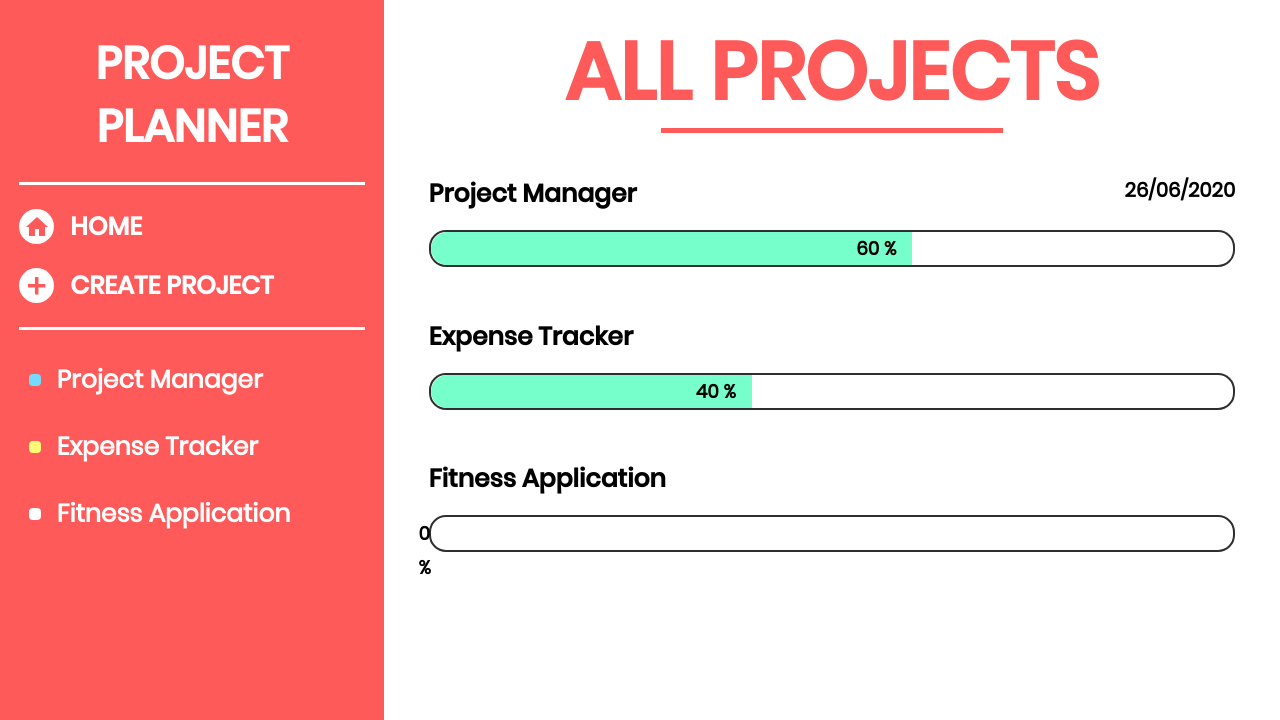
Repository: AzharMoosa/project-manager
Page: /
The author's editor kept a copy of each file at every save. The page is drawn from the files as they stood at one save, then again after the next save.
The browser window is 1280 px wide. The pictures show the whole page.
The project was rebuilt for these pictures with package versions that can differ from the ones it lists, and the page was loaded fresh each time.

Above is the page before, as saved 2020-06-22 11:13:44.

### public/index.html
<!DOCTYPE html>
<html lang="en">
  <head>
    <meta charset="utf-8" />
    <link rel="icon" href="%PUBLIC_URL%/favicon.ico" />
    <meta name="viewport" content="width=device-width, initial-scale=1" />
    <meta name="theme-color" content="#000000" />
    <meta
      name="description"
      content="Web site created using create-react-app"
    />
    <link rel="apple-touch-icon" href="%PUBLIC_URL%/logo192.png" />

    <link rel="manifest" href="%PUBLIC_URL%/manifest.json" />

    <title>Project Planner</title>
  </head>
  <body>
    <noscript>You need to enable JavaScript to run this app.</noscript>
    <div id="root"></div>
  </body>
</html>

### src/App.js
import React from "react";
import Sidebar from "./components/sidebar/Siebar";
import Home from "./components/home/Home";
import { ProjectProvider } from "./ProjectContext";

import "./App.css";

function App() {
  return (
    <ProjectProvider>
      <div className='container'>
        <Sidebar />
        <Home />
      </div>
    </ProjectProvider>
  );
}

export default App;

### src/components/sidebar/Siebar.js
import React from "react";
import Header from "./Header";
import ProjectList from "../project-list/ProjectList";

const Siebar = () => {
  return (
    <div className='sidebar'>
      <Header />
      <ProjectList />
    </div>
  );
};

export default Siebar;

### src/components/home/Home.js
import React, { useContext } from "react";
import ProgectProgress from "./ProgectProgress";
import { ProjectContext } from "../../ProjectContext";

const Home = () => {
  // eslint-disable-next-line
  const [projects, setProjects] = useContext(ProjectContext);

  return (
    <div className='home'>
      <h1 className='home-title'>ALL PROJECTS</h1>
      {projects.map((project) => (
        <ProgectProgress
          name={project.name}
          date={project.date}
          progress={project.progress}
          key={project.id}
        />
      ))}
    </div>
  );
};

export default Home;

### src/ProjectContext.js
import React, { useState, createContext } from "react";

export const ProjectContext = createContext();

export const ProjectProvider = (props) => {
  const [projects, setProjects] = useState([
    {
      name: "Project Manager",
      overview:
        "A project management application which allows you to plan personal projects and track its progress.  Create detail plans of projects before developing projects.",
      tools: ["HTML", "CSS", "JAVASCRIPT", "REACT"],
      progress: 60,
      tasks: [
        "Create Project Plans",
        "Todo List for Each Project",
        "Track Progress",
        "Priority List",
        "Choose Tools In Each Project",
        "Clean And Simple Design",
        "Use REACT",
      ],
      color: "blue",
      date: "26/06/2020",
      id: 28392,
    },

    {
      name: "Expense Tracker",
      overview:
        "A expense tracker application which allows you to budget and track your savings.  Track what expenses you have",
      tools: ["HTML", "CSS", "JAVASCRIPT", "REACT"],
      progress: 40,
      tasks: [
        "Expenses In And Out",
        "Current Balance",
        "Highest Money Out",
        "Clean And Simple Design",
        "Use REACT",
      ],
      color: "yellow",
      date: "",
      id: 2032,
    },

    {
      name: "Fitness Application",
      overview: "A fitness application wh",
      tools: [
        "HTML",
        "CSS",
        "JAVASCRIPT",
        "REACT",
        "NODEJS",
        "EXPRESS",
        "MONGODB",
      ],
      progress: 0,
      tasks: [
        "Expenses In And Out",
        "Current Balance",
        "Highest Money Out",
        "Clean And Simple Design",
        "Use REACT",
      ],
      color: "white",
      date: "",
      id: 203234,
    },
  ]);

  return (
    <ProjectContext.Provider value={[projects, setProjects]}>
      {props.children}
    </ProjectContext.Provider>
  );
};

### src/App.css
:root {
  --red: #ff5a5a;
  --green: #76ffca;
  --blue: #76daff;
  --yellow: #fffa76;
  --purple: #ab76ff;
}

/* CSS RESET */

* {
  margin: 0;
  padding: 0;
  box-sizing: border-box;
}

/* Fonts */

@font-face {
  font-family: "Poppins-Med";
  src: url("./fonts/Poppins-Medium.ttf");
}

@font-face {
  font-family: "Poppins-Reg";
  src: url("./fonts/Poppins-Regular.ttf");
}

/* Body */

body {
  font-family: "Poppins-Reg";
  line-height: 1.4;
}

/* Utilities */

/* Bullet Points */

.white:before,
.blue:before,
.yellow:before,
.green:before,
.purple:before {
  content: " ";
  height: 12px;
  width: 12px;
  margin-right: 1rem;
  border-radius: 4px;
}

.blue:before {
  background-color: var(--blue);
}

.yellow:before {
  background-color: var(--yellow);
}

.green:before {
  background-color: var(--green);
}

.purple:before {
  background-color: var(--purple);
}

.white:before {
  background-color: #fff;
}

/* Container */
.container {
  display: flex;
  overflow: hidden;
}

/* Sidebar */
.sidebar {
  width: 30vw;
  background-color: var(--red);
  height: 100vh;
  color: #fff;
}

.title {
  font-size: 45px;
  font-family: "Poppins-Med";
  text-align: center;
  padding-top: 2rem;
}

.nav-btns::after,
.nav-btns:before {
  content: " ";
  display: block;
  border-bottom: 3px solid #fff;
  width: 100%;
  margin: 1.5rem auto;
}

.nav-btns {
  width: 90%;
  margin: auto;
}

.home-btn,
.create-project-btn {
  display: flex;
  align-items: center;
  margin-top: 1.5rem;
}

.home-btn h3,
.create-project-btn h3 {
  margin-left: 1rem;
  font-family: "Poppins-Med";
  font-size: 25px;
}

.home-btn svg,
.create-project-btn svg {
  cursor: pointer;
}

/* Home */

.home {
  width: 70vw;
  display: flex;
  flex-direction: column;
}

.home-title {
  font-size: 80px;
  font-family: "Poppins-Med";
  color: var(--red);
  text-align: center;
  margin-top: 1rem;
}

.home-title:after {
  content: " ";
  display: block;
  border-bottom: 5px solid var(--red);
  width: 342px;
  margin: 0 auto 1.5rem auto;
}

/* Project Sidebar List */
.project-side {
  width: 85%;
  margin: 2rem auto;
  display: flex;
  align-items: center;
  cursor: pointer;
}

.project-side h3 {
  font-size: 25px;
}

/* Progress Bar */
.progressbar {
  width: 90%;
  background-color: #fff;
  border: 2px solid #2f2f2f;
  border-radius: 17px;
  margin: 0 auto 2rem auto;
}

.progressbar > div {
  background-color: var(--green);
  height: 33px;
  border-radius: 17px 0 0 17px;
}

.progressbar > div h3 {
  display: flex;
  justify-content: flex-end;
  align-items: center;
  line-height: 1.8;
  margin-right: 1rem;
}

.project-title {
  width: 90%;
  margin: 1.2rem auto;
  display: flex;
  justify-content: space-between;
}

.project-title h3 {
  font-size: 25px;
  font-family: "Poppins-Med";
}

.project-title h4 {
  font-size: 20px;
  font-family: "Poppins-Reg";
}

### src/components/sidebar/Header.js
import React from "react";

const Header = () => {
  return (
    <div>
      <h1 className='title'>PROJECT PLANNER</h1>
      <div className='nav-btns'>
        <div className='home-btn'>
          <svg
            xmlns='http://www.w3.org/2000/svg'
            width='35'
            height='35'
            viewBox='0 0 35 35'
          >
            <g
              id='Home_Btn'
              data-name='Home Btn'
              transform='translate(-139 -182)'
            >
              <circle
                id='Ellipse_1'
                data-name='Ellipse 1'
                cx='17.5'
                cy='17.5'
                r='17.5'
                transform='translate(139 182)'
                fill='#fff'
              />
              <path
                id='icons8-home'
                d='M12,2.1,1,12H4v9h6V14h4v7h6V12h3Z'
                transform='translate(145 187.9)'
                fill='#ff5a5a'
              />
            </g>
          </svg>
          <h3>HOME</h3>
        </div>

        <div className='create-project-btn'>
          <svg
            xmlns='http://www.w3.org/2000/svg'
            width='35'
            height='35'
            viewBox='0 0 35 35'
          >
            <g id='Group_6' data-name='Group 6' transform='translate(-50 -242)'>
              <circle
                id='Ellipse_2'
                data-name='Ellipse 2'
                cx='17.5'
                cy='17.5'
                r='17.5'
                transform='translate(50 242)'
                fill='#fff'
              />
              <path
                id='icons8-plus'
                d='M8.922,2V8.922H2v1.538H8.922v6.922h1.538V10.461h6.922V8.922H10.461V2Z'
                transform='translate(58 250)'
                fill='#ff5a5a'
                stroke='#ff5a5a'
                strokeWidth='2'
                fillRule='evenodd'
              />
            </g>
          </svg>
          <h3>CREATE PROJECT</h3>
        </div>
      </div>
    </div>
  );
};

export default Header;

### src/components/project-list/ProjectList.js
import React, { useContext } from "react";
import { ProjectContext } from "../../ProjectContext";
import ProjectSide from "./ProjectSide";

const ProjectList = () => {
  // eslint-disable-next-line
  const [projects, setProjects] = useContext(ProjectContext);

  return (
    <div>
      {projects.map((project) => (
        <ProjectSide
          name={project.name}
          color={project.color}
          key={project.id}
        />
      ))}
    </div>
  );
};

export default ProjectList;

### src/components/home/ProgectProgress.js
import React from "react";
import ProgressBar from "./ProgressBar";

const ProgectProgress = ({ name, date, progress }) => {
  return (
    <div className='project-progress'>
      <div className='project-title'>
        <h3>{name}</h3>
        <h4>{date}</h4>
      </div>
      <ProgressBar progress={progress} />
    </div>
  );
};

export default ProgectProgress;

### src/components/project-list/ProjectSide.js
import React from "react";

const Project = ({ name, color }) => {
  return (
    <div className={`project-side ${color}`}>
      <h3>{name}</h3>
    </div>
  );
};

export default Project;

### src/components/home/ProgressBar.js
import React from "react";

const ProgressBar = ({ progress }) => {
  return (
    <div className='progressbar'>
      <div style={{ width: `${progress}%` }}>
        <h3>{progress} %</h3>
      </div>
    </div>
  );
};

export default ProgressBar;

Loaded but not shown: src/index.js (common file)

After the next save:
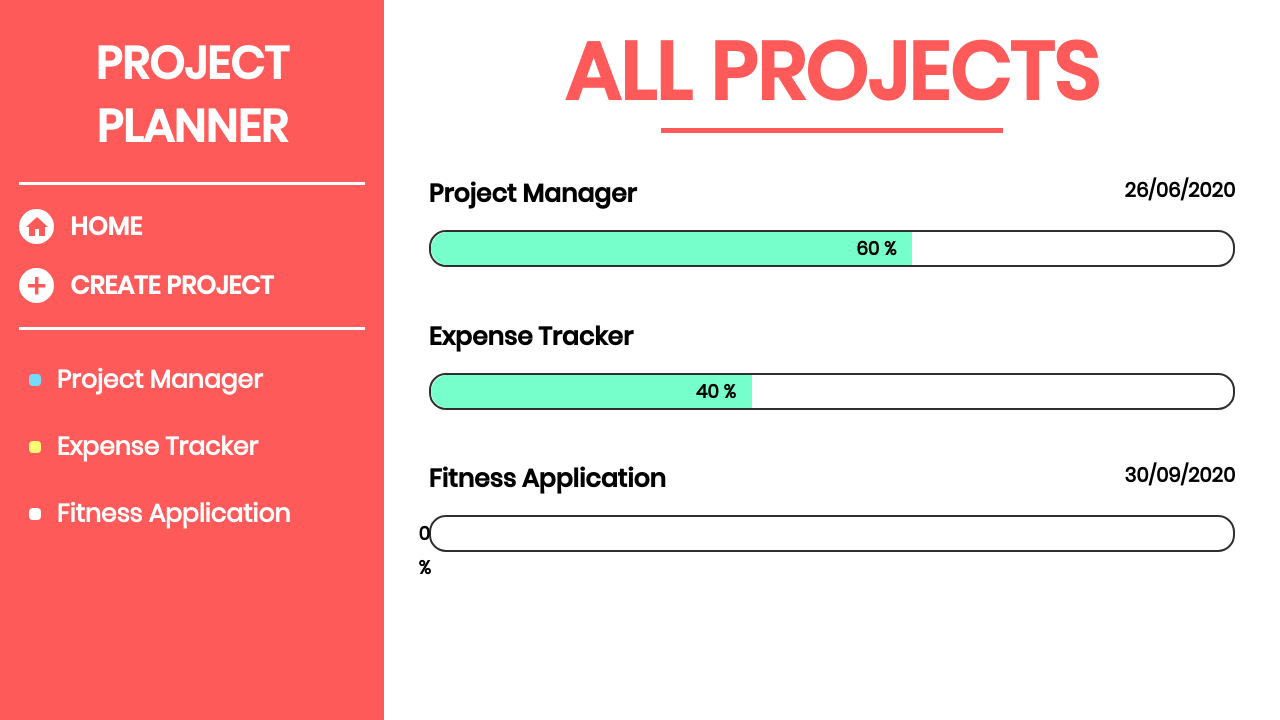
Saved 8 s later.
--- a/src/ProjectContext.js
+++ b/src/ProjectContext.js
@@ -63,7 +63,7 @@ export const ProjectProvider = (props) => {
         "Use REACT",
       ],
       color: "white",
-      date: "",
+      date: "30/09/2020",
       id: 203234,
     },
   ]);
